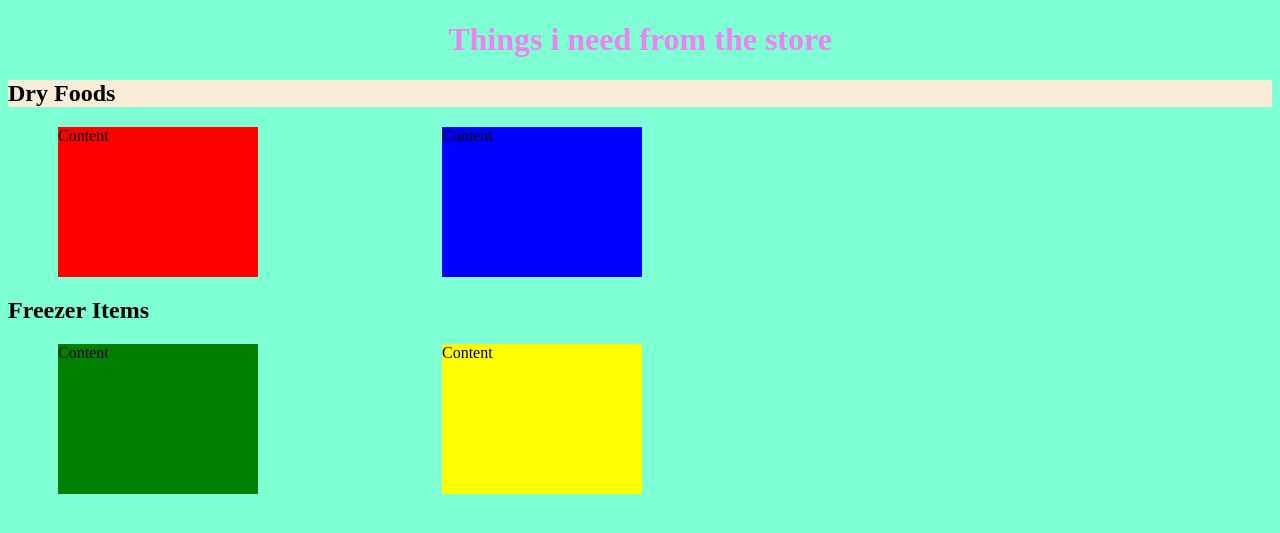
Repository: TheTroyPhillips/Block14
Page: Coursework/Block06/index.html
An editor plug-in stored every save of this project. The page is shown before and after the next save, followed by the edit.
The browser window is 1280 px wide. The pictures show the whole page.

Above is the page before, as saved 2023-08-29 17:34:54.

After the next save:
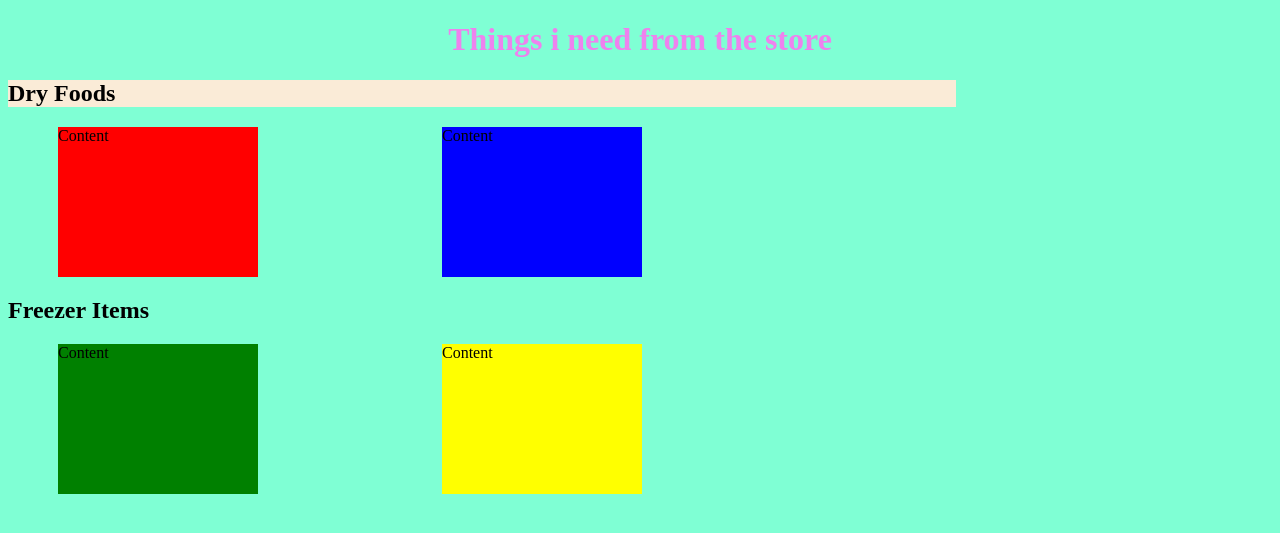
Saved 4 s later.
--- a/Coursework/Block06/styles.css
+++ b/Coursework/Block06/styles.css
@@ -23,5 +23,5 @@ h2 {
 }
 .Dry{
     background-color: antiquewhite;
-    width: 75;
+    width: 75%;
 }
